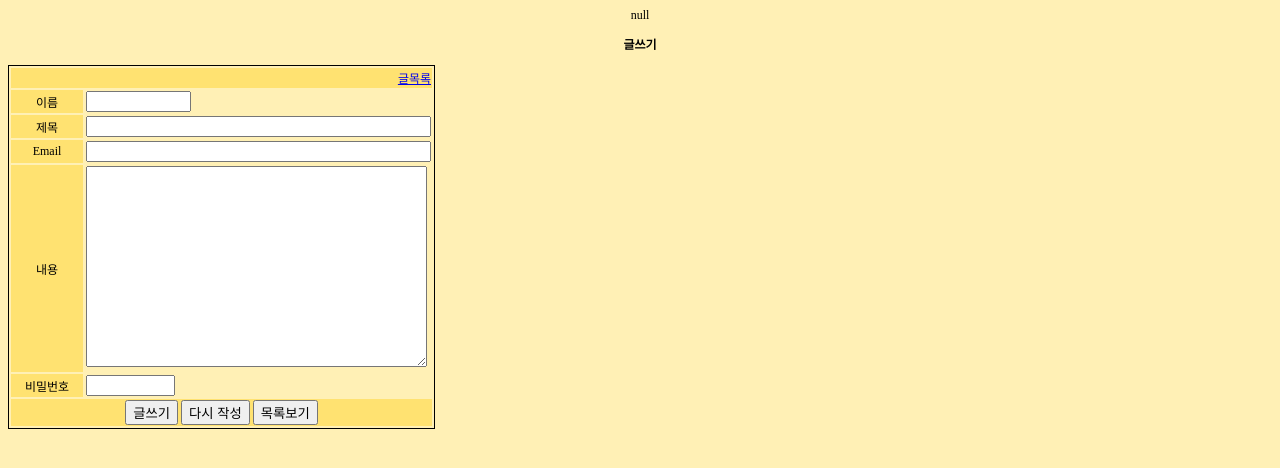
Repository: gugucon-hwan/ForStudyJSP
Page: http://localhost/StudyBasicJSP/ch13/writeForm.jsp
The author's editor kept a copy of each file at every save. The page is drawn from the files as they stood at one save, then again after the next save.
The browser window is 1280 px wide. The pictures show the whole page.
The page is served by Tomcat 9.

Above is the page before, as saved 2020-08-24 13:32:13.
Console error: SyntaxError: Unexpected identifier 'writeform'

After the next save:
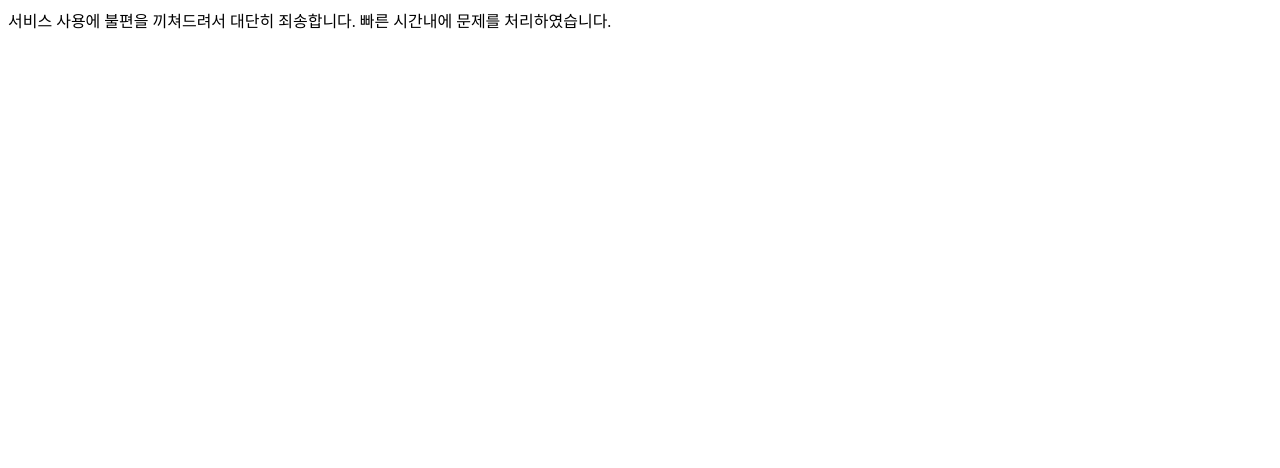
The error is gone.
Saved 27 s later.
--- a/StudyBasicJSP/WebContent/ch13/writeForm.jsp
+++ b/StudyBasicJSP/WebContent/ch13/writeForm.jsp
@@ -14,7 +14,7 @@
 		int num=0, ref=1, re_step=0,re_level=0;
 		String strV="";
 		try{
-			out.println(request.getParameter("num"));
+			out.println(Integer.parseInt(request.getParameter("num"));
 			if(request.getParameter("num")!=null){
 				num=Integer.parseInt(request.getParameter("num"));
 				ref=Integer.parseInt(request.getParameter("ref"));
